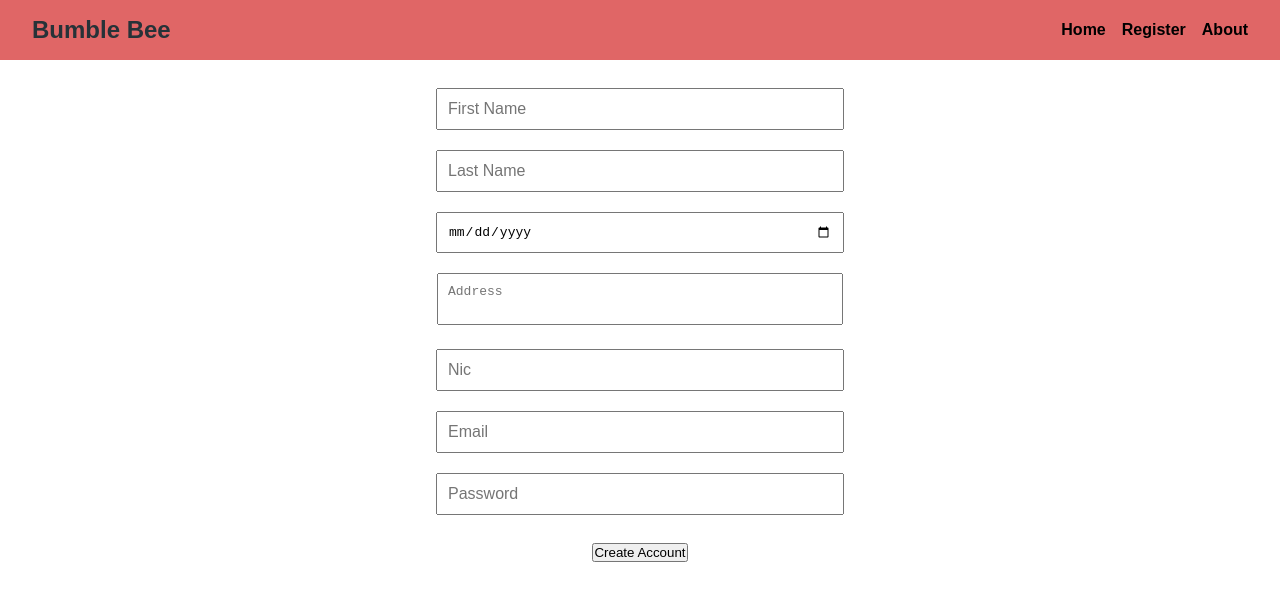
Repository: developerks611/Bumble-bee
Page: http://localhost/Bumble/add-customer.jsp
An editor plug-in stored every save of this project. The page is shown before and after the next save, followed by the edit.
The browser window is 1280 px wide. The pictures show the whole page.
The page is served by Tomcat 9. Other server files are loaded and not shown.

Above is the page before, as saved 2023-02-28 03:51:02.

### Bumble/src/main/webapp/add-customer.jsp
<%@ page language="java" contentType="text/html; charset=ISO-8859-1"
    pageEncoding="ISO-8859-1" isELIgnored="false"%>
 <%@ taglib prefix = "tag" uri = "http://java.sun.com/jsp/jstl/core" %>
<!DOCTYPE html>
<html>
<head>

<style>
textarea{
	resize:none;
	font-size:100%;
}

* {
  padding: 0;
  margin: 0;
}

body {
  font-family: Arial, Tahoma, Serif;
  color: #263238;
}

nav {
  display: flex;
  justify-content:space-between;
  align-items: center;
  padding: 1rem 2rem;
  background: #e06666;
}

nav ul {
  display: flex;
  list-style: none;
}

nav li {
  padding-left: 1rem;
}

nav a {
  text-decoration: none;
  color: black;
  font-weight:bold;
}

.container {
 text-align:center;
}

.txt_input{

	width:30%;
	height:auto;
	margin:10px;
	padding:10px;
	font-size:100%;

}

.createAccount{


}


 /*
  Extra small devices (phones, 600px and down)
*/
@media only screen and (max-width: 600px) {
  nav {
    flex-direction: column;
  }
  nav ul {
    flex-direction: column;
    padding-top: 0.5rem;
  }
  nav li {
    padding: 0.5rem 0;
  }
}
</style>
<meta charset="ISO-8859-1">
<title>Customer Registration</title>
</head>
<body>


<nav>
  <h2>Bumble Bee</h2>
  <ul>
    <li><a href="#">Home</a></li>
    <li><a href="#">Register</a></li>
    <li><a href="#">About</a></li>
  </ul>
</nav><br>

<div  class="container">
<p>${message }<p>
<form action="addData" method="post">
<input type="text" name="fname" placeholder="First Name" required class="txt_input"><br>
<input type="text" name="lname" placeholder="Last Name" required class="txt_input"><br>
<input type="date" name="dob" required class="txt_input"><br>
<textarea placeholder="Address" required name="adress" required class="txt_input"></textarea ><br>
<input type="text" name="nic" placeholder="Nic" required class="txt_input"><br>
<input type="email" name="email" placeholder="Email" required class="txt_input"><br>
<input type="password" name="password" placeholder="Password" required class="txt_input"><br><br>
<input type="hidden" name="action" value="addClient">
<button type="submit" class="btn btn-success createAccount">Create Account</button>

</form>
</div>
</body>
</html>

After the next save:
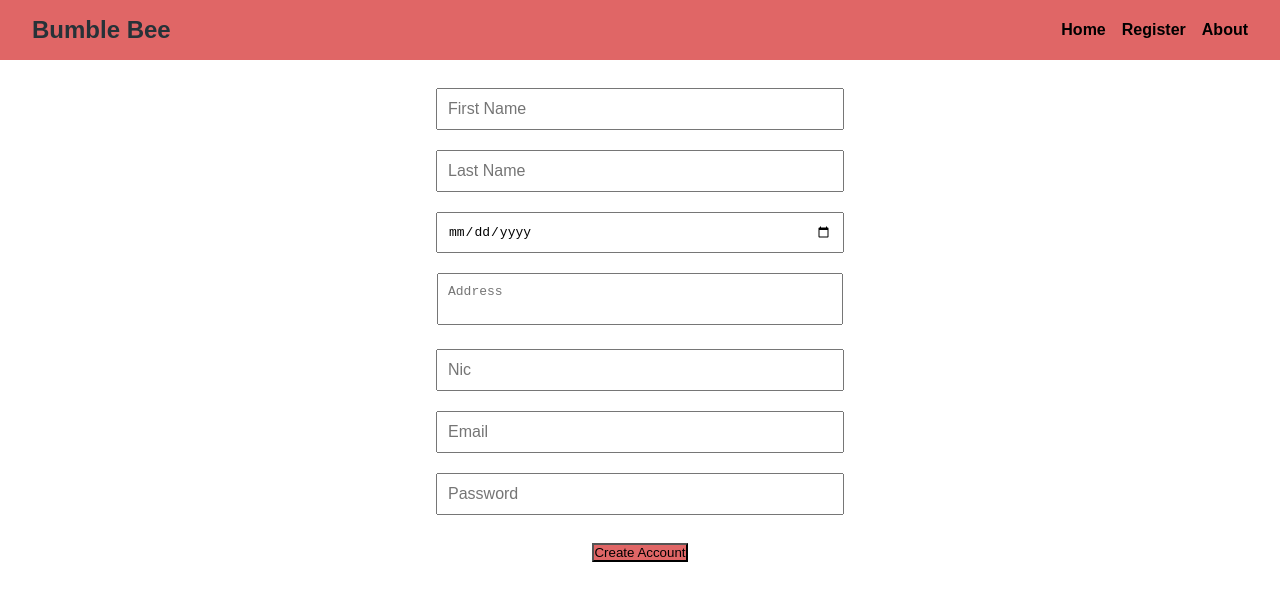
Saved 23 s later.
--- a/Bumble/src/main/webapp/add-customer.jsp
+++ b/Bumble/src/main/webapp/add-customer.jsp
@@ -60,7 +60,7 @@ nav a {
 
 .createAccount{
 
-
+	background-color:#e06666;
 }
 
 
